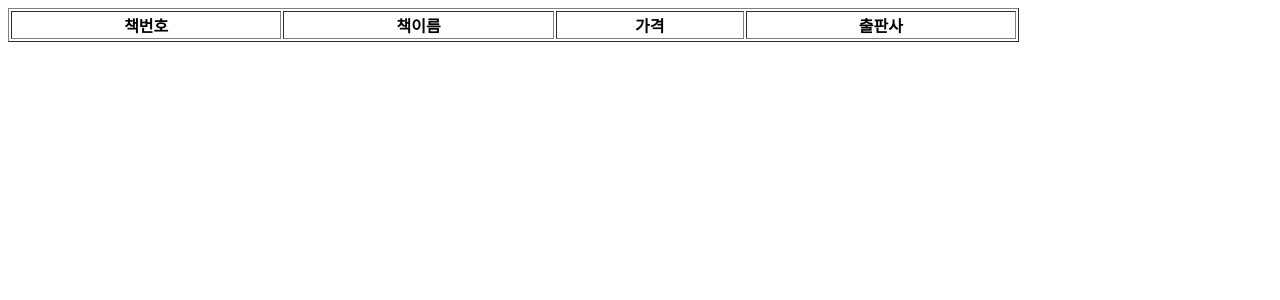
Repository: beom324/jsp-servlet
Page: http://localhost/day1228/listBook.do
An editor plug-in stored every save of this project. The page is shown before and after the next save, followed by the edit.
The browser window is 1280 px wide. The pictures show the whole page.
The page is served by Tomcat 9. Other server files are loaded and not shown.

Above is the page before, as saved 2023-12-28 02:28:04.

### day1228/src/main/webapp/listBook.jsp
<%@ page language="java" contentType="text/html; charset=UTF-8"
    pageEncoding="UTF-8"%>
        <%@taglib prefix="c" uri="http://java.sun.com/jsp/jstl/core" %>

<!DOCTYPE html>
<html>
<head>
<meta charset="UTF-8">
<title>Insert title here</title>
</head>
<body>
<table border="1" width="80%">

	<tr>
		<th>책번호</th>
		<th>책이름</th>
		<th>가격</th>
		<th>출판사</th>
	</tr>
	<c:forEach var="list" items="${list}" >
	<tr>
		<td>${list.bookid}</td>
		<td>${list.bookname}</td>
		<td>${list.price}</td>
		<td>${list.publisher}</td>
	</tr>
	</c:forEach>
</table>
</body>
</html>

### day1228/src/main/java/servlet/ListBook.java
package servlet;

import java.io.IOException;
import java.util.ArrayList;

import javax.servlet.RequestDispatcher;
import javax.servlet.ServletException;
import javax.servlet.annotation.WebServlet;
import javax.servlet.http.HttpServlet;
import javax.servlet.http.HttpServletRequest;
import javax.servlet.http.HttpServletResponse;

import dao.BookDAO;
import vo.BookVO;

/**
 * Servlet implementation class ListBook
 */
@WebServlet("/listBook.do")
public class ListBook extends HttpServlet {
	private static final long serialVersionUID = 1L;

    /**
     * @see HttpServlet#HttpServlet()
     */
    public ListBook() {
        super();
        // TODO Auto-generated constructor stub
    }

	/**
	 * @see HttpServlet#doGet(HttpServletRequest request, HttpServletResponse response)
	 */
	protected void doGet(HttpServletRequest request, HttpServletResponse response) throws ServletException, IOException {
		BookDAO dao = new BookDAO();
		ArrayList<BookVO> list = new ArrayList<BookVO>();
		request.setCharacterEncoding("utf-8");
		list=dao.findAll();

		request.setAttribute("list", list);

		RequestDispatcher dispatcher = request.getRequestDispatcher("listBook.jsp");
		dispatcher.forward(request, response);

	}

	/**
	 * @see HttpServlet#doPost(HttpServletRequest request, HttpServletResponse response)
	 */
	protected void doPost(HttpServletRequest request, HttpServletResponse response) throws ServletException, IOException {
		// TODO Auto-generated method stub
		doGet(request, response);
	}

}

### day1228/src/main/java/dao/BookDAO.java
package dao;

import java.sql.Connection;
import java.sql.PreparedStatement;
import java.sql.ResultSet;
import java.util.ArrayList;

import db.ConnectionProvider;
import vo.BookVO;

public class BookDAO {

	public ArrayList<BookVO> findAll(){
		String sql = "select * from book";
		ArrayList<BookVO> list = new ArrayList<BookVO>();
		try {
			Connection conn =  ConnectionProvider.getConnect();
			PreparedStatement pstmt = conn.prepareStatement(sql);
			ResultSet rs = pstmt.executeQuery();
			while(rs.next()) {
				list.add(new BookVO(rs.getInt(1),rs.getString(2),rs.getInt(3),rs.getString(4)));
			}
			ConnectionProvider.close(conn, rs, pstmt);
		}catch(Exception e) {
			System.out.println(e.getMessage());
		}
		return list;
	}

	public int deleteBook(int no) {
		String sql = "delete book where bookid=?";
		int re = -1;
		try {
			Connection conn = ConnectionProvider.getConnect();
			PreparedStatement pstmt = conn.prepareStatement(sql);
			pstmt.setInt(1, no);

			re = pstmt.executeUpdate();
			ConnectionProvider.close(conn, pstmt);
		}catch(Exception e) {
			System.out.println(e.getMessage());
		}
		return re;

	}

	public int updateBook(BookVO b) {
		String sql ="update book set bookname=?,price=?,publisher=? where bookid=?";
		int re = -1;
		try {
			Connection conn = ConnectionProvider.getConnect();
			PreparedStatement pstmt = conn.prepareStatement(sql);

			pstmt.setString(1, b.getBookname());
			pstmt.setInt(2, b.getPrice());
			pstmt.setString(3, b.getPublisher());
			pstmt.setInt(4, b.getBookid());

			re = pstmt.executeUpdate();
			ConnectionProvider.close(conn, pstmt);

		}catch(Exception e) {
			System.out.println(e.getMessage());
		}
		return re;
	}
	public int insertBook(BookVO b) {
		String sql = "insert into book values(bookid=? , bookname=?, price=?,publisher=?)";
		int re = -1;
		try {
			Connection conn = ConnectionProvider.getConnect();
			PreparedStatement pstmt = conn.prepareStatement(sql);
			pstmt.setInt(1, b.getBookid());
			pstmt.setString(2, b.getBookname());
			pstmt.setInt(3, b.getPrice());
			pstmt.setString(4, b.getPublisher());
			re=pstmt.executeUpdate();
			ConnectionProvider.close(conn, pstmt);
		}catch(Exception e) {
			System.out.println(e.getMessage());
		}

		return re;
	}

	public BookVO findByBookId(int no) {
		String sql = "select * from book where bookid=?";
		BookVO vo = new BookVO();
		try {
			Connection conn = ConnectionProvider.getConnect();
			PreparedStatement pstmt = conn.prepareStatement(sql);
			pstmt.setInt(1, no);
			ResultSet rs = pstmt.executeQuery();
			if(rs.next()) {
				vo.setBookid(no);
				vo.setBookname(rs.getString(2));
				vo.setPrice(rs.getInt(3));
				vo.setPublisher(rs.getString(4));
			}
			ConnectionProvider.close(conn, rs, pstmt);
		}catch(Exception e) {
			System.out.println(e.getMessage());
		}
		return vo;
	}
}

### day1228/src/main/java/db/ConnectionProvider.java
package db;

import java.sql.Connection;
import java.sql.ResultSet;
import java.sql.Statement;

import javax.naming.Context;
import javax.naming.InitialContext;
import javax.sql.DataSource;

public class ConnectionProvider {
	public static Connection getConnect() {
		Connection conn = null;
		try {
			Context context = new InitialContext();
			DataSource ds = (DataSource)context.lookup("java:/comp/env/sist");//설정한 커넥션풀에대한 정보를 읽어옴
			conn = ds.getConnection();
		}catch(Exception e) {
			System.out.println(e.getMessage());
		}
		return conn;
	}

	public static void close(Connection conn, ResultSet rs,Statement stmt ) {
		try {
			if(stmt!=null) {
				stmt.close();
			}
			if(conn!=null) {
				conn.close();
			}
		}catch(Exception e) {
			System.out.println(e.getMessage());
		}
	}
	public static void close(Connection conn,Statement stmt ) {
		try {
			if(stmt!=null) {
				stmt.close();
			}
			if(conn!=null) {
				conn.close();
			}
		}catch(Exception e) {
			System.out.println(e.getMessage());
		}
	}
}

After the next save:
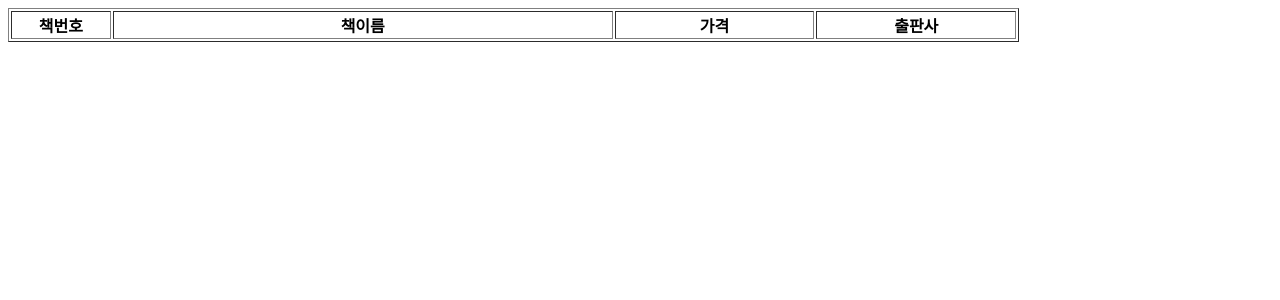
Saved 32 s later.
--- a/day1228/src/main/webapp/listBook.jsp
+++ b/day1228/src/main/webapp/listBook.jsp
@@ -12,10 +12,10 @@
 <table border="1" width="80%">
 
 	<tr>
-		<th>책번호</th>
-		<th>책이름</th>
-		<th>가격</th>
-		<th>출판사</th>
+		<th width="10%">책번호</th>
+		<th width="50%">책이름</th>
+		<th width="20%">가격</th>
+		<th width="20%">출판사</th>
 	</tr>
 	<c:forEach var="list" items="${list}" >
 	<tr>
